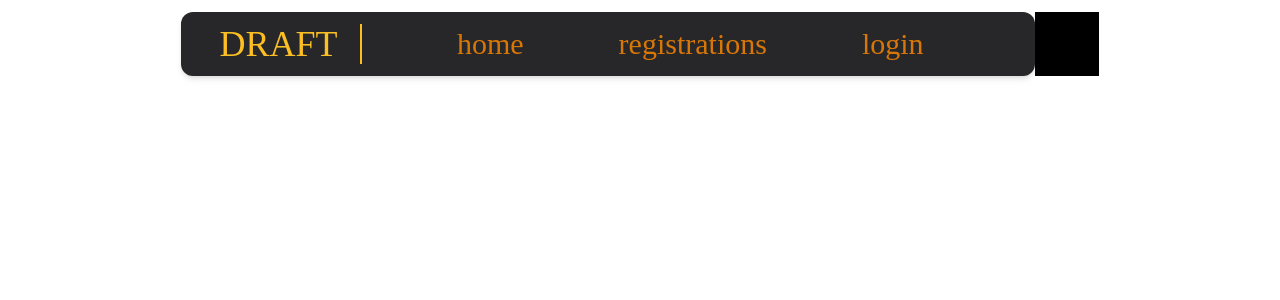
Repository: MehediMim/LeagueCrafter--Online-Auction-Platform-Project
Page: / (app in my-app/)
The author's editor kept a copy of each file at every save. The page is drawn from the files as they stood at one save, then again after a run of saves.
The browser window is 1280 px wide. The pictures show the whole page.
Some web fonts or font styles are not loaded; a fallback is used. The project was rebuilt for these pictures with package versions that can differ from the ones it lists, and the page was loaded fresh each time. Also part of the build but not shown: my-app/vite.config.js, my-app/src/pages/Dashboard.jsx, my-app/src/pages/Login.jsx.

Above is the page before, as saved 2025-05-25 01:33:17.

After the next 2 saves:
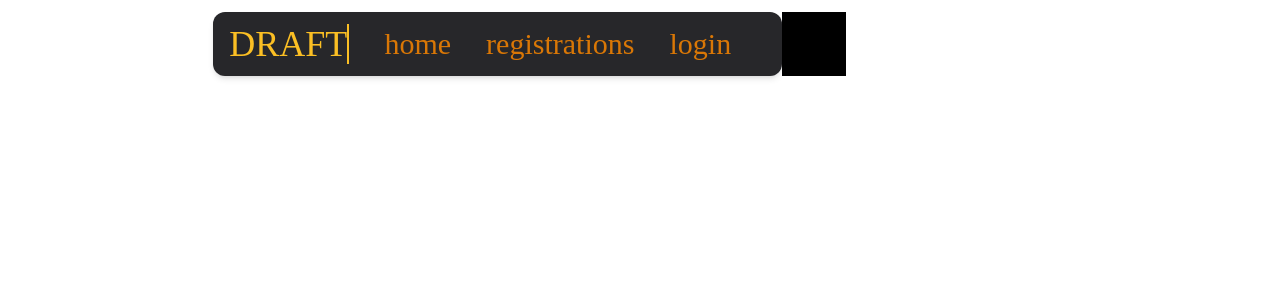
The 2 saves are shown as one change because they came seconds apart.
The last was saved 45 s later.
--- a/my-app/src/components/Navbar.jsx
+++ b/my-app/src/components/Navbar.jsx
@@ -3,12 +3,13 @@ import { useAuth0 } from "@auth0/auth0-react";
 
 export default function Navbar(params) {
 
-  const { user,isAuthenticated,isLoading,loginWithRedirect, logout} = useAuth0();
+  const { user, isAuthenticated, isLoading, loginWithRedirect, logout } = useAuth0();
 
   return (
     <div className="h-16 w-screen absolute top-3 z-50 flex justify-center">
-      <div className="bg-zinc-800 shadow-md p-4 rounded-xl w-2/3 flex items-center">
-        {/* <div className="w-auto h-auto rounded-xl m-4 flex p-4"> */}
+      <div className="w-2/3 flex">
+        <div className="bg-zinc-800 shadow-md p-4 rounded-xl w-2/3 flex items-center">
+          {/* <div className="w-auto h-auto rounded-xl m-4 flex p-4"> */}
           <div className="w-1/4 border-r-2 border-amber-400 flex justify-center">
             <Link><h1 className="font-jaro text-4xl text-amber-400 hover:text-white">DRAFT</h1></Link>
           </div>
@@ -19,10 +20,11 @@ export default function Navbar(params) {
             {isAuthenticated && <Link to="/dashboard" className="text-amber-600 hover:text-white"><h1 className="text-3xl  font-jaro">dashboard</h1></Link>}
 
           </div>
-        {/* </div> */}
-      </div>
-      <div className=" h-16 w-16 bg-black">
+          {/* </div> */}
+        </div>
+        <div className=" h-16 w-16 bg-black">
 
+        </div>
       </div>
     </div>
   )
